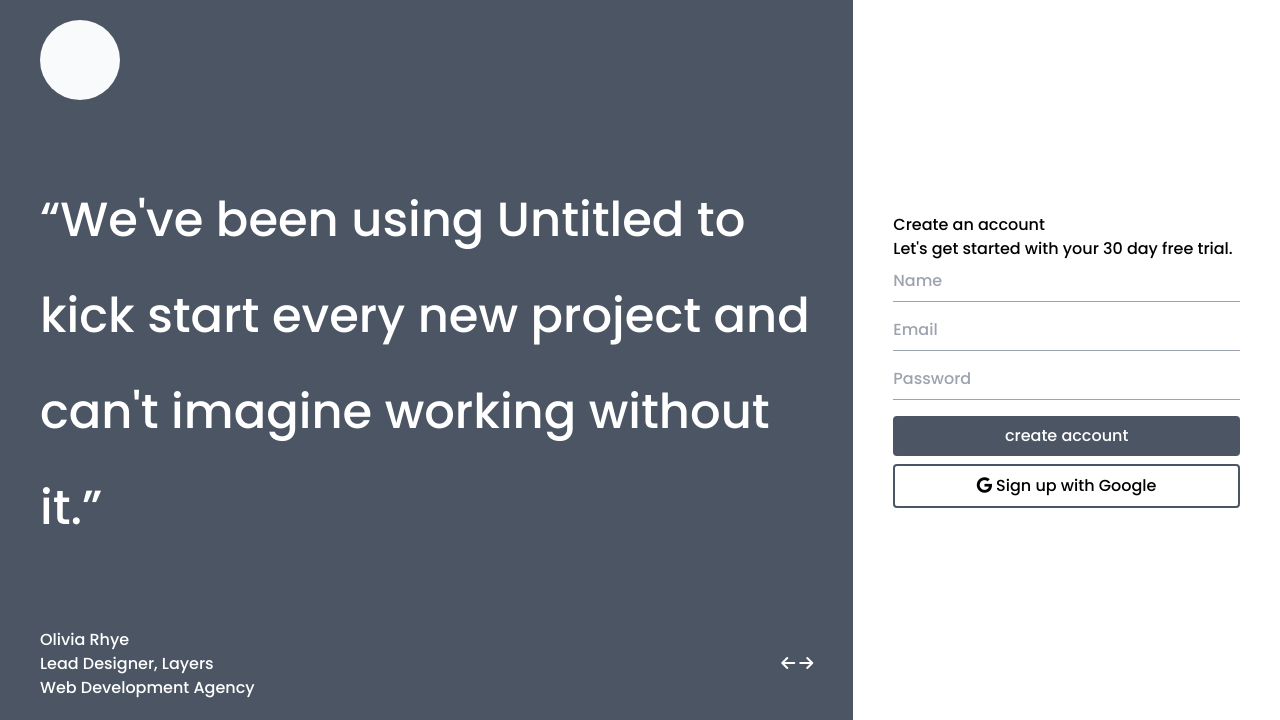
Repository: debthebuilder/youtube-html-contact-form-tailwindcss
Page: contact.html
These files come from the project's save history. The page is drawn as it stood at one moment and after a run of saves; the edit follows.
The browser window is 1280 px wide. The pictures show the whole page.
Some web libraries are served in a nearby version.

Above is the page before, as saved 2022-08-03 05:54:49.

### contact.html
<!DOCTYPE html>
<html lang="en">
<head>
    <meta charset="UTF-8">
    <meta http-equiv="X-UA-Compatible" content="IE=edge">
    <meta name="viewport" content="width=device-width, initial-scale=1.0">
    <link rel="stylesheet" href="https://cdnjs.cloudflare.com/ajax/libs/font-awesome/6.1.2/css/all.min.css" integrity="sha512-1sCRPdkRXhBV2PBLUdRb4tMg1w2YPf37qatUFeS7zlBy7jJI8Lf4VHwWfZZfpXtYSLy85pkm9GaYVYMfw5BC1A==" crossorigin="anonymous" referrerpolicy="no-referrer" />
    <link rel="preconnect" href="https://fonts.googleapis.com">
    <link rel="preconnect" href="https://fonts.gstatic.com" crossorigin>
    <link href="https://fonts.googleapis.com/css2?family=Poppins:wght@300;500;600&display=swap" rel="stylesheet">
    <script src="https://cdn.tailwindcss.com"></script>
    <title>HTML Contact Form</title>
    <style>
        body{
            font-family: 'Poppins', sans-serif;
        }
    </style>
</head>
<body>
    <div class="w-full h-screen flex">
        <!--Background Image with Overlay text-->
        <div class="w-4/6 bg-gray-600 text-white flex flex-col justify-between py-5 px-10">
            <a href="#" class="block">
                <div class="w-20 h-20 bg-gray-50 rounded-full"></div>
            </a>
            <q class="text-5xl leading-loose">We've been using Untitled to kick start every new project and can't imagine working without it.</q>
            <div class="flex flex-row items-center justify-between">
                <div>
                    <h3>Olivia Rhye</h3>
                    <div>Lead Designer, Layers</div>
                    <span>Web Development Agency</span>
                </div>
                <div>
                    <span>
                        <i class="fa-solid fa-arrow-left"></i>
                    </span>
                    <span>
                        <i class="fa-solid fa-arrow-right"></i>
                    </span>
                </div>
            </div>
        </div>
        <!--Form-->
        <div class="w-2/6 px-10 flex flex-col justify-center">
            <h2>Create an account</h2>
            <span>Let's get started with your 30 day free trial.</span>
            <form>
                <input type="text" name="name" placeholder="Name" class="w-full border-b border-gray-400 pb-2 focus:outline-none focus:border-0 focus:border-b-2 my-2">
                <input type="email" name="email" placeholder="Email" class="w-full border-b border-gray-400 pb-2 focus:outline-none focus:border-0 focus:border-b-2 my-2">
                <input type="password" name="password" placeholder="Password" class="w-full border-b border-gray-400 pb-2 focus:outline-none focus:border-0 focus:border-b-2 my-2">
                <button class="block bg-gray-600 w-full py-2 rounded my-2 text-white">create account</button>
                <button class="block border-2 border-gray-600  w-full py-2 rounded"><span class="mr-1"><i class="fa-brands fa-google"></i></span>Sign up with Google</button>
            </form>
        </div>
    </div>
</body>
</html>

After the next 2 saves:
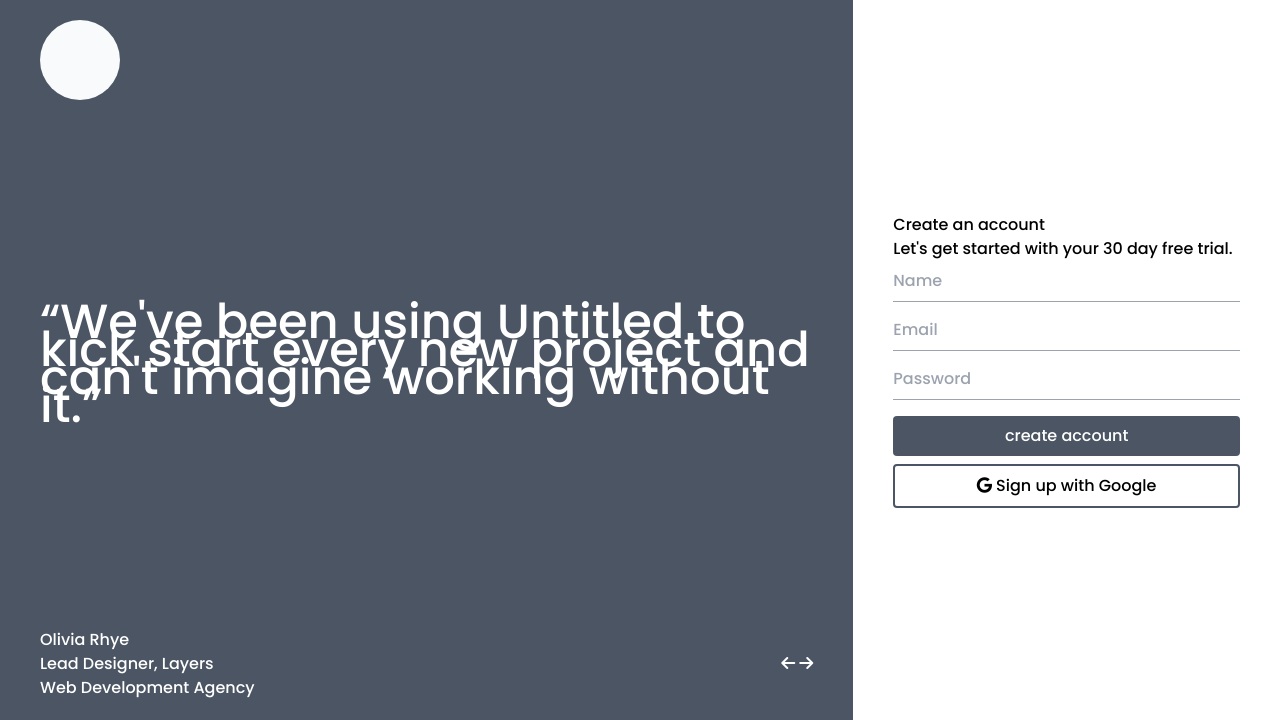
The 2 saves are shown as one change because they came seconds apart.
The last was saved 6 s later.
--- a/contact.html
+++ b/contact.html
@@ -23,7 +23,7 @@
             <a href="#" class="block">
                 <div class="w-20 h-20 bg-gray-50 rounded-full"></div>
             </a>
-            <q class="text-5xl leading-loose">We've been using Untitled to kick start every new project and can't imagine working without it.</q>
+            <q class="text-5xl leading-7">We've been using Untitled to kick start every new project and can't imagine working without it.</q>
             <div class="flex flex-row items-center justify-between">
                 <div>
                     <h3>Olivia Rhye</h3>
